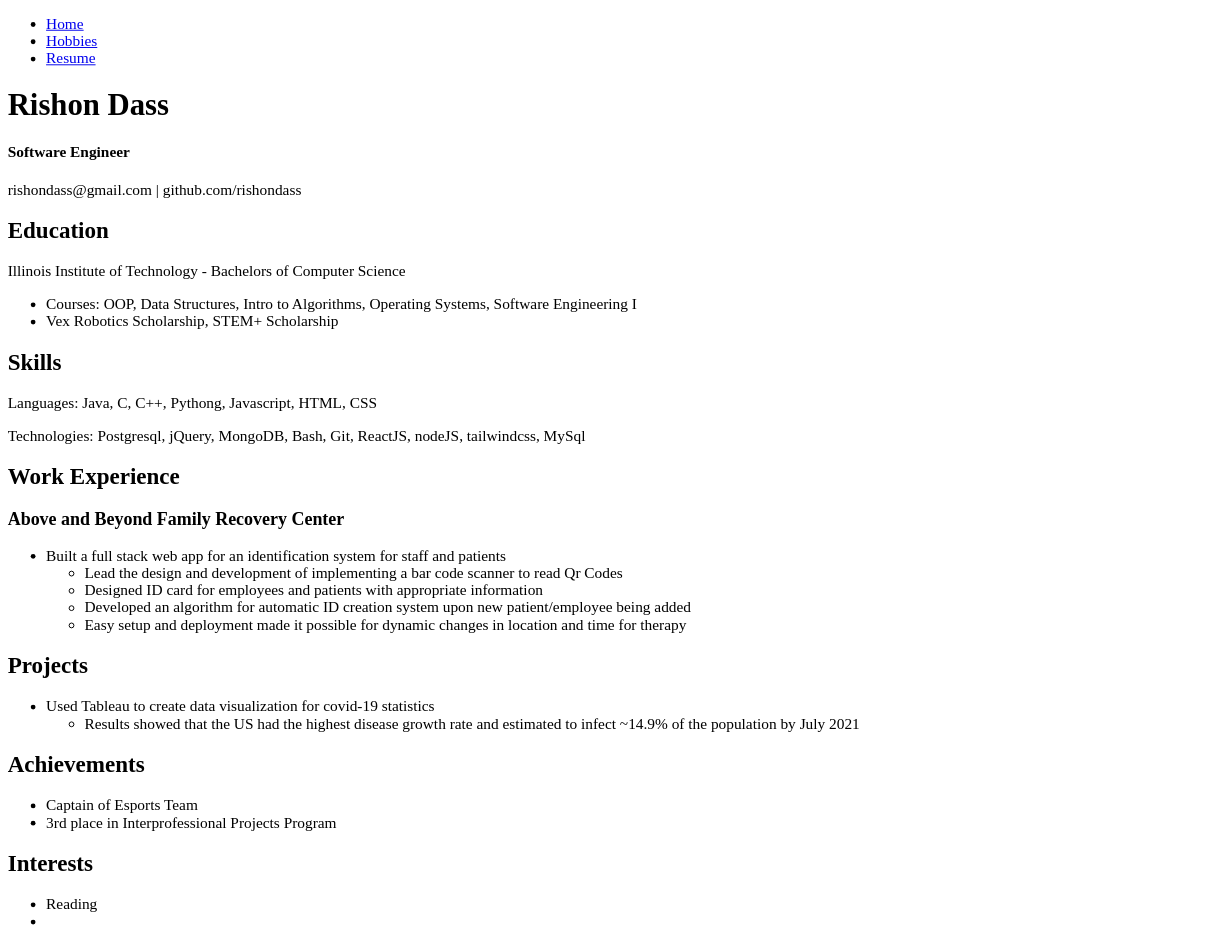
Repository: rishondass/ITMD361-Project1
Page: resume.html
An editor plug-in stored every save of this project. The page is shown before and after a run of saves, followed by the edit.
The browser window is 1280 px wide. The pictures show the whole page, at 96% of full size.

Above is the page before, as saved 2023-02-22 15:25:36.

After the next 2 saves:
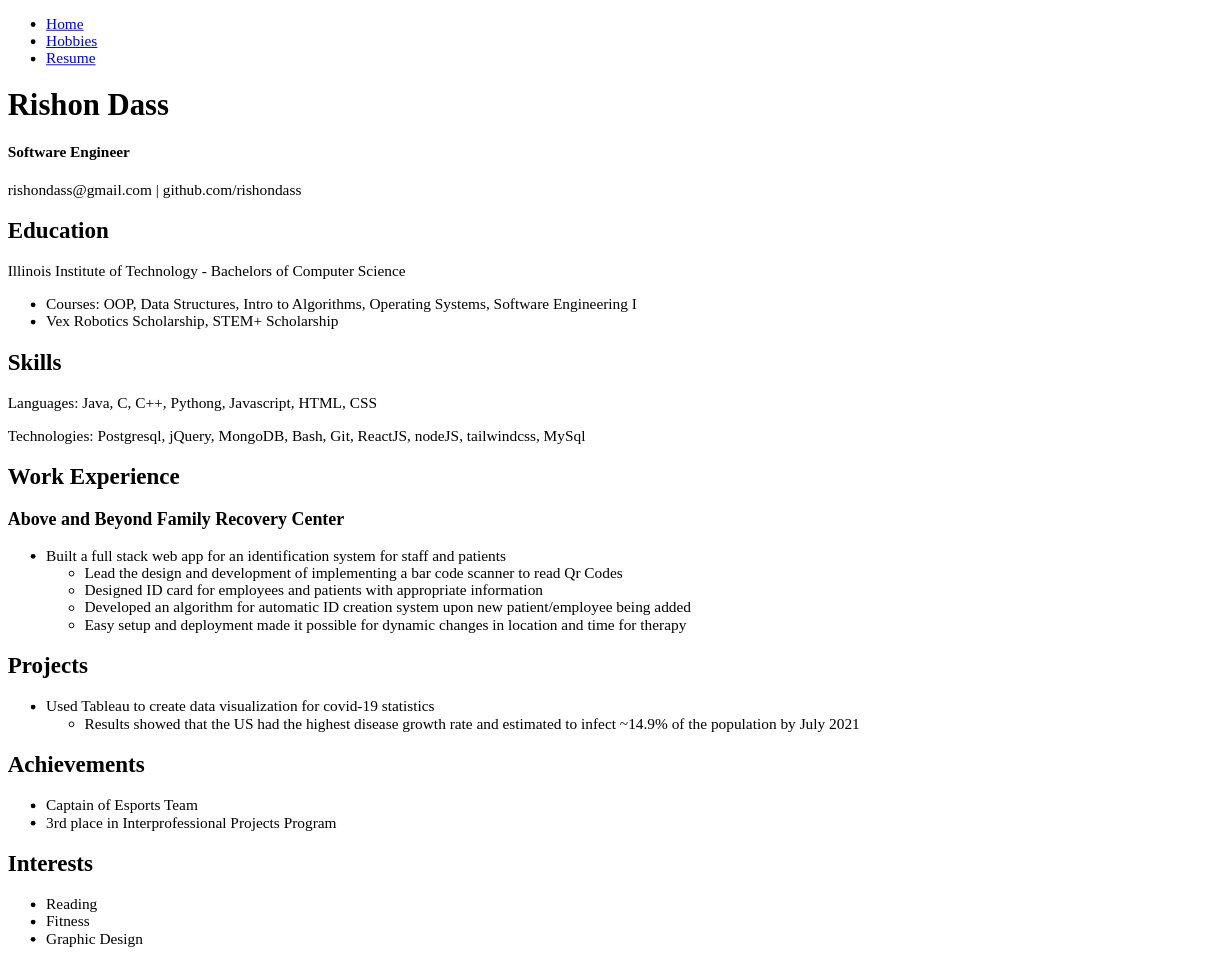
The 2 saves are shown as one change because they came seconds apart.
The last was saved 7 s later.
--- a/resume.html
+++ b/resume.html
@@ -124,7 +124,10 @@
                     Reading
                 </li>
                 <li>
-
+                    Fitness
+                </li>
+                <li>
+                    Graphic Design
                 </li>
             </ul>
         </p>
